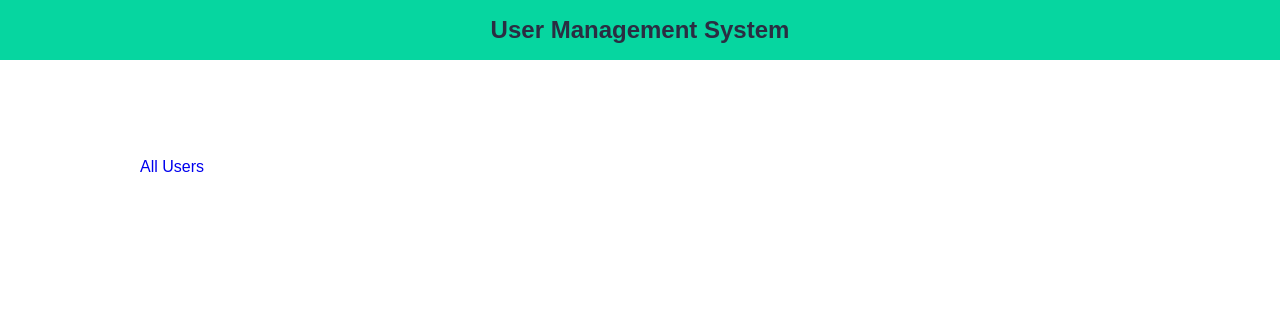
Repository: HustlingbeastAnish/CRUD-APP-
Page: views/include/add_user.html
The author's editor kept a copy of each file at every save. The page is drawn from the files as they stood at one save, then again after the next save.
The browser window is 1280 px wide. The pictures show the whole page.
Some web fonts or font styles are not loaded; a fallback is used.

Above is the page before, as saved 2022-10-06 23:55:07.

### views/include/add_user.html
<!DOCTYPE html>
<html lang="en">
  <head>
    <meta charset="UTF-8" />
    <meta http-equiv="X-UA-Compatible" content="IE=edge" />
    <meta name="viewport" content="width=device-width, initial-scale=1.0" />
    <title>Document</title>
    <link
      rel="stylesheet"
      href="https://cdnjs.cloudflare.com/ajax/libs/font-awesome/6.2.0/css/all.min.css"
      integrity="sha512-xh6O/CkQoPOWDdYTDqeRdPCVd1SpvCA9XXcUnZS2FmJNp1coAFzvtCN9BmamE+4aHK8yyUHUSCcJHgXloTyT2A=="
      crossorigin="anonymous"
      referrerpolicy="no-referrer"
    />

    <link rel="stylesheet" href="/assets/css/style.css" />
  </head>
  <body>
    <!-- Header  -->
    <header id="header">
      <nav>
        <div class="container">
          <div class="text-center">
            <a href="/" class="nav-brand text-dark">User Management System</a>
          </div>
        </div>
      </nav>
    </header>
    <!-- /Header  -->

    <!-- Main Site  -->
    <main id="site-main">
      <div class="container">
        <div class="box-nav d-flex-justify-between">
          <div class="filter">
            <a href="/"><i class="fa-duotone fa-angles-left"></i>All Users </a>
          </div>
        </div>
      </div>
    </main>

    <!-- Form Handling  -->
    <form method="POST" id="update_user"></form>

    <!-- /Form Handling -->
    <!-- /Main Site  -->
  </body>
</html>

### assets/css/style.css
@import url("https://fonts.googleapis.com/css2?family=Barlow&family=PT+Sans&display=swap");

:root {
  --dark: #2b2d42;
  --light: #adb5bd;
  --border: #dee2e6;
  --border-btn: #edf2f4;
}

* {
  padding: 0;
  margin: 0;
  box-sizing: border-box;
}

a {
  text-decoration: none;
  font-family: "PT Sans", sans-serif;
}

.container {
  max-width: 1024px;
  margin: auto;
}

.nav-brand {
  font-size: 1.5em;
  font-weight: bold;
}

.d-flex {
  display: flex;
  flex-wrap: wrap;
}

.justify-between {
  justify-content: space-between;
}

.text-center {
  text-align: center;
}

.border-shadow {
  border: 1px solid var(--border-btn);
  box-shadow: 1px 3px 10px #e9ecef;
}

.text-dark {
  color: var(--dark);
}

.inline {
  display: inline-block;
}

.text-light {
  color: var(--light);
}

.text-gradient {
  background: linear-gradient(to right, #8e2de2, #4a00e0);
  -webkit-background-clip: text;
  background-clip: text;
  -webkit-text-fill-color: transparent;
}

#header nav {
  background-color: #06d6a0;
  padding: 1em 0;
  width: 100%;
}

#site-main {
  margin-top: 6em;
  font-family: "Barlow", sans-serif;
}

#site-main .container .box-nav > a {
  font-size: 1em;
  padding: 0.5em 1em;
}

#site-main .container form {
  margin: 2em 0;
}

table {
  border-spacing: 0px;
  width: 100%;
}

.table td,
.table th {
  padding: 0.75em;
  vertical-align: top;
  text-align: center;
  border-top: 1px solid var(--border);
}

.table td > a.btn {
  padding: 0.3em 1em;
  font-size: 1.1em;
  margin: 0 0.2em;
}

.table tr:hover {
  background-color: #06d6a0;
}

.table tr:hover td > a {
  box-shadow: none;
}

.table .thead-dark th {
  color: #fff;
  background-color: var(--dark);
  border-color: #32383e;
}

@media only screen and (max-width: 1024px) {
  table,
  thead,
  tbody,
  th,
  td,
  tr {
    display: block;
  }

  thead tr {
    position: absolute;
    top: -9999px;
    left: -9999px;
  }

  tr {
    border: 1px solid var(--border);
  }

  td {
    border: none;
    position: relative;
  }
}

/*  add user & update user template */
.form-title {
  margin-top: 2em;
}

.form-title > h2 {
  padding: 0.5em 0;
}

.new_user {
  max-width: 786px;
  margin: auto;
}

#update_user .form-group,
#add_user .form-group {
  margin: 0.4em 0;
}

#update_user .form-group input[type="text"],
#add_user .form-group input[type="text"] {
  width: 100%;
  padding: 0.6em 1em;
  margin: 0.5em 0;
  border: 1px solid var(--border);
  font-family: "Barlow", sans-serif;
  font-size: 1em;
  border-radius: 0.2em;
}

#update_user .form-group .radio,
#add_user .form-group .radio {
  margin: 1em 2em;
}

/* adding style to radio buttons */
.radio input[type="radio"] {
  position: absolute;
  opacity: 0;
}

.radio input[type="radio"] + .radio-label:before {
  content: "";
  background: var(--border-btn);
  border-radius: 100%;
  border: 1px solid var(--border);
  display: inline-block;
  width: 1em;
  height: 1em;
  position: relative;
  top: -0em;
  margin-right: 0.5em;
  vertical-align: top;
  cursor: pointer;
  text-align: center;
  -webkit-transition: all 250ms ease;
  transition: all 250ms ease;
}

.radio input[type="radio"]:checked + .radio-label:before {
  background-color: #16db93;
  box-shadow: inset 0 0 0 4px #e9ecef;
}

.radio input[type="radio"]:focus + .radio-label:before {
  outline: none;
  border-color: #16db93;
}

.radio input[type="radio"]:disabled + .radio-label:before {
  box-shadow: inset 0 0 0 4px #e9ecef;
  border-color: #b4b4b4;
  background: #b4b4b4;
}

#update_user .form-group .btn,
#add_user .form-group .btn {
  width: 100%;
  padding: 0.9em 1em;
  background-color: #16db93;
  border: none;
  font-family: "PT Sans", sans-serif;
  font-size: 1em;
  cursor: pointer;
  border-radius: 0.2em;
  margin: 0.5em 0;
}

#update_user .form-group .btn:hover,
#add_user .form-group .btn:hover {
  background-color: var(--dark);
  color: var(--border);
}

After the next save:
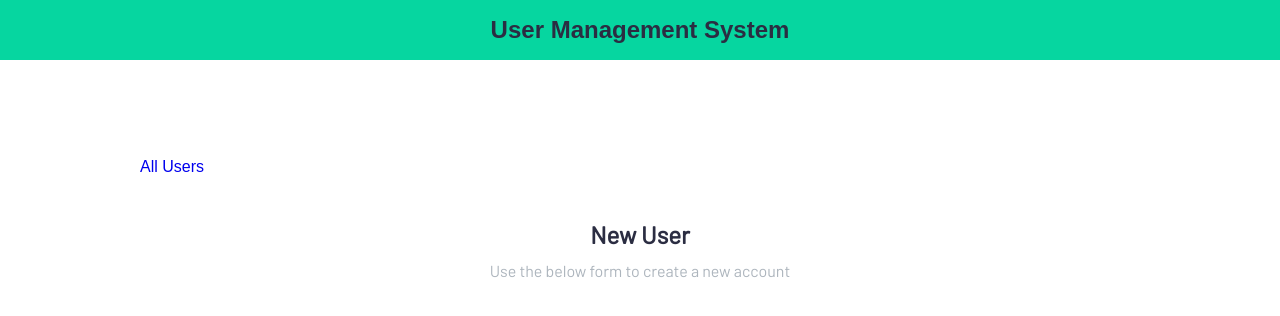
Saved 2 min 18 s later.
--- a/views/include/add_user.html
+++ b/views/include/add_user.html
@@ -36,6 +36,12 @@
             <a href="/"><i class="fa-duotone fa-angles-left"></i>All Users </a>
           </div>
         </div>
+        <div class="form-title text-center">
+          <h2 class="text-dark">New User</h2>
+          <span class="text-light"
+            >Use the below form to create a new account</span
+          >
+        </div>
       </div>
     </main>
 
